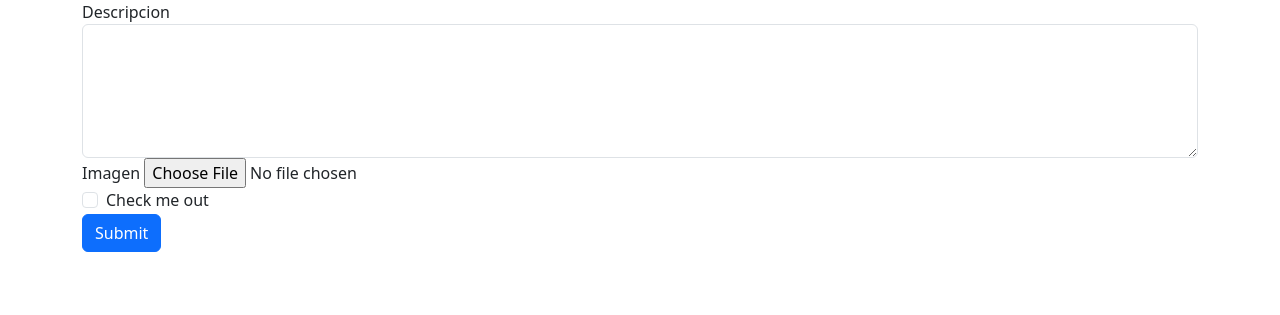
Repository: kevin-meza/pompeyo
Page: http://localhost/post/create
An editor plug-in stored every save of this project. The page is shown before and after the next save, followed by the edit.
The browser window is 1280 px wide. The pictures show the whole page.
The page is served by the project's Laravel application, run on PHP 8.4 with Laravel 10.

Above is the page before, as saved 2023-05-05 17:12:39.

After the next save:
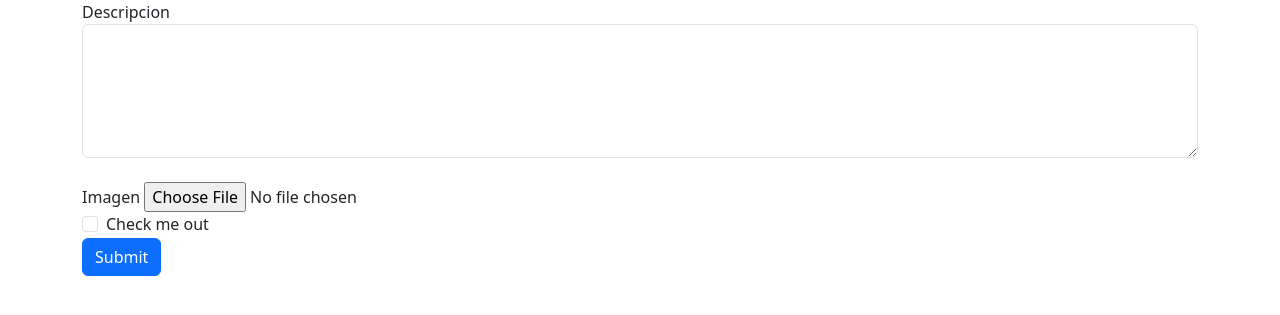
Saved 13 s later.
--- a/resources/views/post/form.blade.php
+++ b/resources/views/post/form.blade.php
@@ -15,7 +15,7 @@
           <label for="exampleInputEmail1">Descripcion</label>
 
             <textarea class="form-control" name="descripcion" id="" cols="10" rows="5"></textarea>
-        </div>
+        </div><br>
         <div class="form-group">
           <label for="exampleInputPassword1">Imagen</label>
           <input type="file" name="imagen" id="imagen">

After the save that followed:
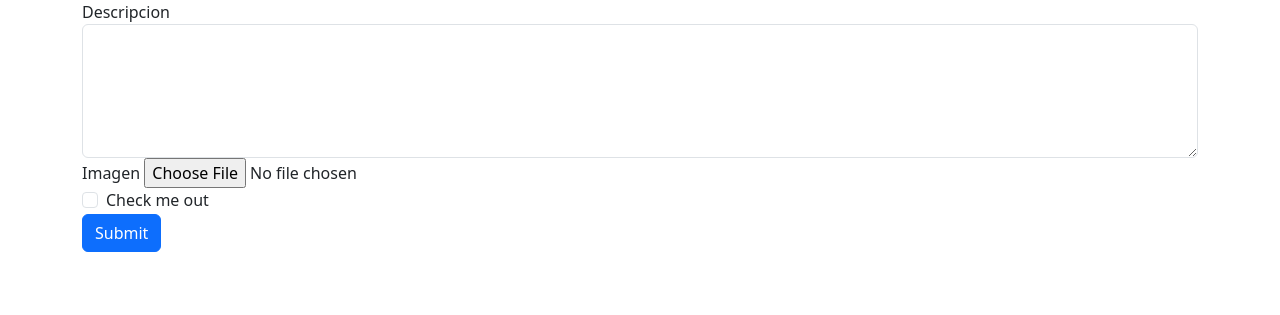
Saved 10 s later.
--- a/resources/views/post/form.blade.php
+++ b/resources/views/post/form.blade.php
@@ -15,7 +15,7 @@
           <label for="exampleInputEmail1">Descripcion</label>
 
             <textarea class="form-control" name="descripcion" id="" cols="10" rows="5"></textarea>
-        </div><br>
+        {{-- </div><br> --}}
         <div class="form-group">
           <label for="exampleInputPassword1">Imagen</label>
           <input type="file" name="imagen" id="imagen">
